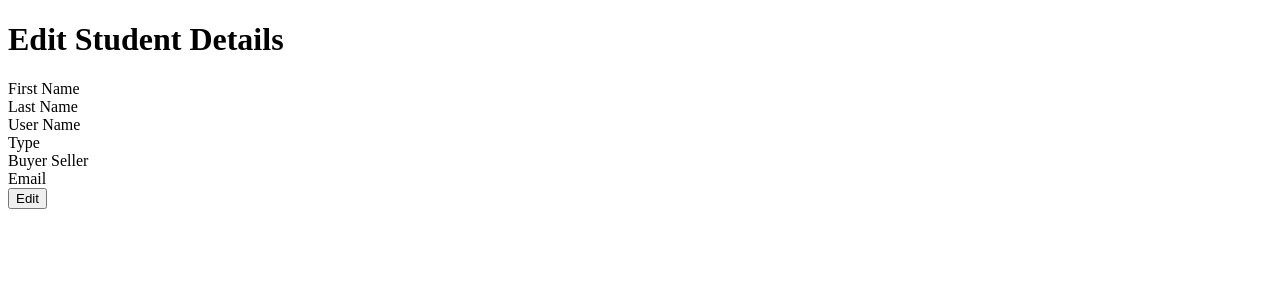
Repository: Sonalitanika/Assigment_IT17048842
Page: Lab09/WebContent/EditUser.html
These files come from the project's save history. The page is drawn as it stood at one moment and after the next save; the edit follows.
The browser window is 1280 px wide. The pictures show the whole page.

Above is the page before, as saved 2019-05-25 16:49:41.

### Lab09/WebContent/EditUser.html

<!DOCTYPE html>
<html>
<head>
<meta charset="ISO-8859-1">
<title>Insert title here</title>
</head>
<body>
<div class="form-container">

 	<h1>Edit Student Details</h1>

	<form:form method="POST" modelAttribute="User"  class="form-horizontal" action="/springexample/editsave">

<div class="row">
			<div class="form-group col-md-12">
				<div class="col-md-7">
					<form:hidden path="id"  class="form-control input-sm"/>
					<div class="has-error">
				</div>
				</div>
			</div>
		</div>
		<div class="row">
			<div class="form-group col-md-12">
				<label class="col-md-3 control-lable" for="firstName">First Name</label>
				<div class="col-md-7">
					<form:input type="text" path="firstName" id="firstName" class="form-control input-sm"/>
					<div class="has-error">
						<form:errors path="firstName" class="help-inline"/>
					</div>
				</div>
			</div>
		</div>

		<div class="row">
			<div class="form-group col-md-12">
				<label class="col-md-3 control-lable" for="lastName">Last Name</label>
				<div class="col-md-7">
					<form:input type="text" path="lastName" id="lastName" class="form-control input-sm"/>
					<div class="has-error">
						<form:errors path="lastName" class="help-inline"/>
					</div>
				</div>
			</div>
		</div>
		<div class="row">
			<div class="form-group col-md-12">
				<label class="col-md-3 control-lable" for="UserName">User Name</label>
				<div class="col-md-7">
					<form:input type="text" path="UserName" id="UserName" class="form-control input-sm"/>
					<div class="has-error">
						<form:errors path="UserName" class="help-inline"/>
					</div>
				</div>
			</div>
		</div>
		<div class="row">
			<div class="form-group col-md-12">
				<label class="col-md-3 control-lable" for="type">Type</label>
				<div class="col-md-7" class="form-control input-sm">
					<form:radiobutton path="type" value="B" />Buyer
	    			<form:radiobutton path="type" value="S" />Seller
					<div class="has-error">
						<form:errors path="type" class="help-inline"/>
					</div>
				</div>
			</div>
		</div>


		<div class="row">
			<div class="form-group col-md-12">
				<label class="col-md-3 control-lable" for="email">Email</label>
				<div class="col-md-7">
					<form:input type="text" path="email" id="email" class="form-control input-sm"/>
					<div class="has-error">
						<form:errors path="email" class="help-inline"/>
					</div>
				</div>
			</div>
		</div>


		<div class="row">
			<div class="form-actions floatRight">
				<input type="submit" value="Edit" class="btn btn-primary btn-sm">
			</div>
		</div>
	</form:form>
	</div>
</body>
</html>

After the next save:
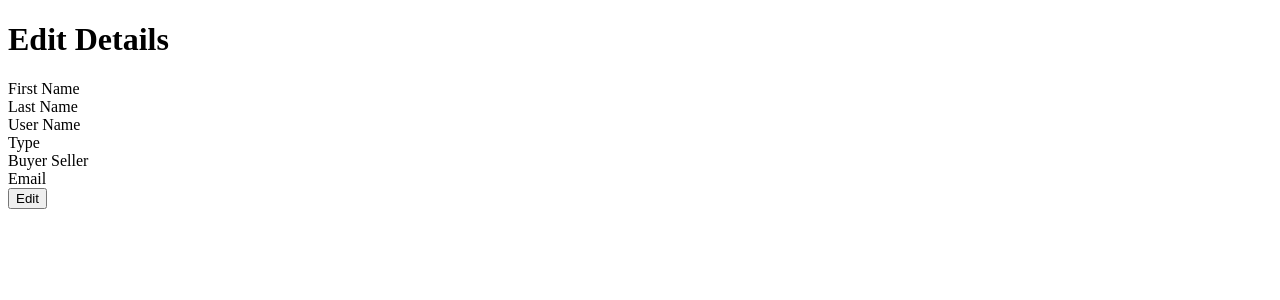
Saved 65 s later.
--- a/Lab09/WebContent/EditUser.html
+++ b/Lab09/WebContent/EditUser.html
@@ -8,7 +8,7 @@
 <body>
 <div class="form-container">
 
- 	<h1>Edit Student Details</h1>
+ 	<h1>Edit Details</h1>
 
 	<form:form method="POST" modelAttribute="User"  class="form-horizontal" action="/springexample/editsave">
 
